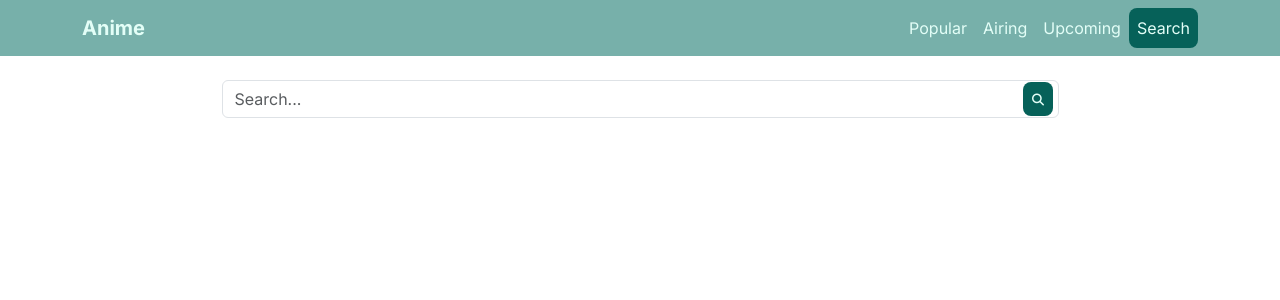
Repository: YomnaWegdan/anime
Page: /search
The author's editor kept a copy of each file at every save. The page is drawn from the files as they stood at one save, then again after the next save.
The browser window is 1280 px wide. The pictures show the whole page.
The project was rebuilt for these pictures with package versions that can differ from the ones it lists, and the page was loaded fresh each time. The framework's server and built-in components were replaced by stand-ins that run in the browser. Also part of the build but not shown: next.config.mjs, src/app/animateCard/animateCard.jsx.

Above is the page before, as saved 2024-05-17 21:56:51.

### src/app/layout.js
import { Inter } from "next/font/google";
import 'bootstrap/dist/css/bootstrap.min.css'
import '@fortawesome/fontawesome-free/css/all.min.css'

import "./globals.css";

import Navbar from "./navbar/Navbar";

const inter = Inter({ subsets: ["latin"] });

export const metadata = {
  title: "Create Next App",
  description: "Generated by create next app",
};

export default function RootLayout({ children }) {
  return (
    <html lang="en">
      <body className={inter.className}>
      <Navbar/>

      <div className="container">
          {children}
      </div>
      </body>
    </html>
  );
}

### src/app/(components)/search/page.jsx
'use client'
import AnimateCard from '@/app/animateCard/animateCard'
import React, {  useState } from 'react'

export default  function Search() {
  const [searchValue, setSearchValue] = useState('')
  const [searchItems, setSearchItems] = useState([])


  const handleChange = (e) =>{
    setSearchValue(e.target.value)
}

//handle submit
const handleSubmit = async (e) =>{
    e.preventDefault()
    if(searchValue){
      await searchAnime(searchValue)
    }
}
    async function searchAnime(anime){
        let response = await fetch(`https://api.jikan.moe/v4/anime?q=${anime}&order_by=popularity&sort=asc&sfw`);
        response = await response.json();
        console.log('d',response.data)
        setSearchItems(response.data)
        // return response.data



    }


  return (
    <div className='  mt-4'>
    <div className=' position-relative'>
      <input className=' form-control  w-75 mx-auto ' placeholder='Search...'   onChange={handleChange}
      value={searchValue}/>
      <button type='submit' className='search-btn btn bg-link px-2 py-1 position-absolute   ' onClick={handleSubmit}>
      <i className="fa-solid fa-magnifying-glass light-color fa-xs"></i>
      </button>
    </div>
      <div className="row justify-content-center align-items-center g-2">
      {searchItems?.map(data=>
          <AnimateCard data={data} id={data.mal_id} images={data.images.jpg.large_image_url} key={data.mal_id}/>
      )}
  </div>
    </div>
  )
}

### src/app/globals.css
:root {
  --max-width: 1100px;
  --border-radius: 12px;
  --font-mono: ui-monospace, Menlo, Monaco, "Cascadia Mono", "Segoe UI Mono",
    "Roboto Mono", "Oxygen Mono", "Ubuntu Monospace", "Source Code Pro",
    "Fira Mono", "Droid Sans Mono", "Courier New", monospace;

  --foreground-rgb: 0, 0, 0;
  --background-start-rgb: 214, 219, 220;
  --background-end-rgb: 255, 255, 255;

  --primary-glow: conic-gradient(
    from 180deg at 50% 50%,
    #16abff33 0deg,
    #0885ff33 55deg,
    #54d6ff33 120deg,
    #0071ff33 160deg,
    transparent 360deg
  );
  --secondary-glow: radial-gradient(
    rgba(255, 255, 255, 1),
    rgba(255, 255, 255, 0)
  );

  --tile-start-rgb: 239, 245, 249;
  --tile-end-rgb: 228, 232, 233;
  --tile-border: conic-gradient(
    #00000080,
    #00000040,
    #00000030,
    #00000020,
    #00000010,
    #00000010,
    #00000080
  );

  --callout-rgb: 238, 240, 241;
  --callout-border-rgb: 172, 175, 176;
  --card-rgb: 180, 185, 188;
  --card-border-rgb: 131, 134, 135;
}

@media (prefers-color-scheme: dark) {
  :root {
    --foreground-rgb: 255, 255, 255;
    --background-start-rgb: 0, 0, 0;
    --background-end-rgb: 0, 0, 0;

    --primary-glow: radial-gradient(rgba(1, 65, 255, 0.4), rgba(1, 65, 255, 0));
    --secondary-glow: linear-gradient(
      to bottom right,
      rgba(1, 65, 255, 0),
      rgba(1, 65, 255, 0),
      rgba(1, 65, 255, 0.3)
    );

    --tile-start-rgb: 2, 13, 46;
    --tile-end-rgb: 2, 5, 19;
    --tile-border: conic-gradient(
      #ffffff80,
      #ffffff40,
      #ffffff30,
      #ffffff20,
      #ffffff10,
      #ffffff10,
      #ffffff80
    );

    --callout-rgb: 20, 20, 20;
    --callout-border-rgb: 108, 108, 108;
    --card-rgb: 100, 100, 100;
    --card-border-rgb: 200, 200, 200;
  }
}

* {
  box-sizing: border-box;
  padding: 0;
  margin: 0;
}

html,
body {
  max-width: 100vw;
  overflow-x: hidden;
}

/* body {
  color: rgb(var(--foreground-rgb));
  background: linear-gradient(
      to bottom,
      transparent,
      rgb(var(--background-end-rgb))
    )
    rgb(var(--background-start-rgb));
} */

body{
  min-height: 100vh;
}
a {
  color: inherit;
  text-decoration: none;
}

@media (prefers-color-scheme: dark) {
  html {
    color-scheme: dark;
  }
}


/* #003C43
#135D66
#77B0AA
#E3FEF7 */

.dark-color{
  color:#003C43 ;
}
.text-color{
  color:#135D66
}
.light-color{
  color: #E3FEF7;
}
.main-color{
  color:#77B0AA ;
}
.anime-details span:first-child{
  color: #135D66;
  font-weight: bold ;

}

.anime-details span:last-child{
  color: #77B0AA;
}
.bg-link{
  background-color:#066159 !important ;

  border-radius: 8px;
  color: #E3FEF7;
}
.navbar{
  background-color: #77B0AA;
}
.navbar-expand-sm .navbar-nav .nav-link {
  color: #E3FEF7 !important;

}
.search-btn{
  right: 13%;
  top: 5.5%;
}

### src/app/navbar/Navbar.jsx
'use client'
import Link from 'next/link'
import React from 'react'
import { usePathname } from 'next/navigation'

export default function Navbar() {
    let pathName = usePathname()

  return (
    <div>
       <nav
        className="navbar navbar-expand-sm navbar-light "
       >
        <div className="container">
            <Link className="navbar-brand fw-bolder light-color" href="/" >Anime</Link>
            <button
                className="navbar-toggler d-lg-none"
                type="button"
                data-bs-toggle="collapse"
                data-bs-target="#collapsibleNavId"
                aria-controls="collapsibleNavId"
                aria-expanded="false"
                aria-label="Toggle navigation"
            >
                <span className="navbar-toggler-icon"></span>
            </button>
            <div className="collapse navbar-collapse" id="collapsibleNavId">
                <ul className="navbar-nav ms-auto mt-2 mt-lg-0">


                    <li className="nav-item">
                    <Link className={pathName==='/'?'nav-link bg-link' :'nav-link'} href="/">Popular</Link>
                    </li>
                    <li className="nav-item">
                    <Link className={pathName==='/airing'?'nav-link bg-link' :'nav-link'} href="/airing">Airing</Link>

                    </li>
                    <li className="nav-item">
                    <Link className={pathName==='/upcoming'?'nav-link bg-link' :'nav-link'} href="/upcoming">Upcoming</Link>
                    </li>

                    <li className="nav-item">
                    <Link className={pathName==='/search'?'nav-link bg-link' :'nav-link'} href="/search">Search</Link>
                    </li>
                </ul>
            </div>
        </div>
       </nav>

    </div>
  )
}

After the next save:
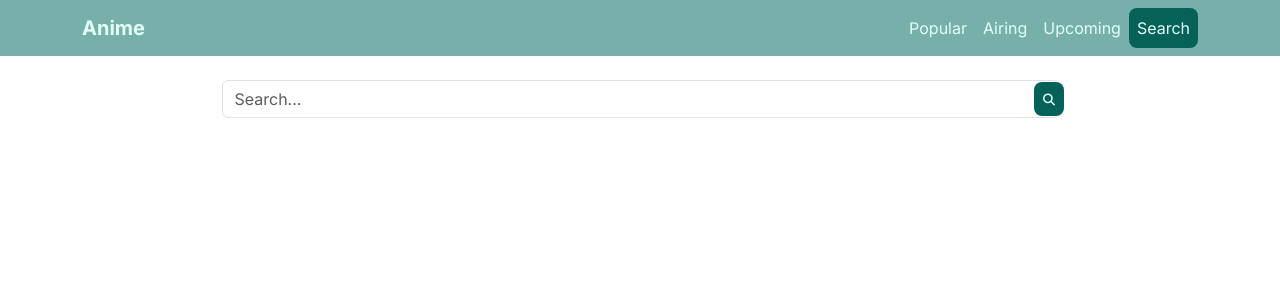
Saved 9 s later.
--- a/src/app/globals.css
+++ b/src/app/globals.css
@@ -150,6 +150,6 @@ a {
 
 }
 .search-btn{
-  right: 13%;
+  right: 12%;
   top: 5.5%;
 }
